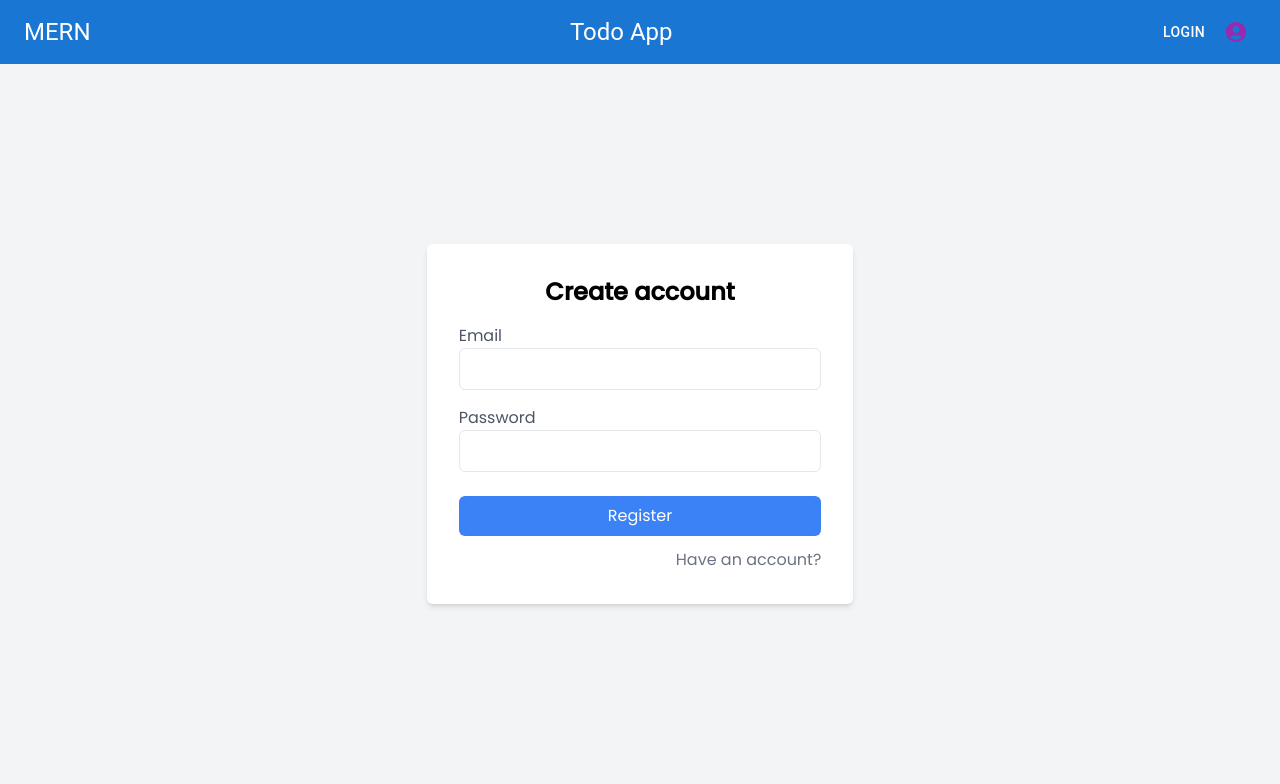
Repository: Nurlan-Bakenbaev/MERN--todo
Page: /register (app in client/)
These files come from the project's save history. The page is drawn as it stood at one moment and after the next save; the edit follows.
The browser window is 1280 px wide. The pictures show the whole page.
The project was rebuilt for these pictures with package versions that can differ from the ones it lists, and the page was loaded fresh each time. Also part of the build but not shown: client/vite.config.js, client/src/pages/Login.jsx.

Above is the page before, as saved 2023-10-15 16:47:00.

### client/index.html
<!DOCTYPE html>
<html lang="en">
  <head>
    <meta charset="UTF-8" />
    <link rel="preconnect" href="https://fonts.googleapis.com" />
    <link rel="preconnect" href="https://fonts.gstatic.com" crossorigin />
    <link
      href="https://fonts.googleapis.com/css2?family=Poppins:wght@400;500&display=swap"
      rel="stylesheet"
    />
    <link rel="icon" type="image/svg+xml" href="/vite.svg" />
    <meta name="viewport" content="width=device-width, initial-scale=1.0" />
    <title>Mern Todo</title>
  </head>
  <body>
    <div id="root"></div>
    <script type="module" src="/src/main.jsx"></script>
  </body>
</html>

### client/src/App.jsx
import Navbar from "./components/Navbar";
import Login from "./pages/Login";
import Register from "./pages/Register";
import { BrowserRouter, Routes, Route } from "react-router-dom";

function App() {
  return (
    <BrowserRouter>
      <Navbar />
      <Routes>
        <Route path="/register" element={<Register />} />
        <Route path="/login" element={<Login />} />
      </Routes>
    </BrowserRouter>
  );
}

export default App;

### client/src/components/Navbar.jsx
import AppBar from "@mui/material/AppBar";
import Box from "@mui/material/Box";
import Toolbar from "@mui/material/Toolbar";
import Typography from "@mui/material/Typography";
import Button from "@mui/material/Button";
import AccountCircle from "@mui/icons-material/AccountCircle";
import { IconButton } from "@mui/material";
export default function Navbar() {
  return (
    <Box sx={{ flexGrow: 1 }}>
      <AppBar position="static">
        <Toolbar sx={{display:"flex",justifyContent:"space-between"}}>
          <Typography variant="h5" component="div">
            MERN
          </Typography>
          <Typography variant="h5" component="div">
            Todo App
          </Typography>
        <Box  >
        <Button  color="inherit">Login</Button>
          <IconButton
            aria-label="account of current user"
            color="secondary">
            <AccountCircle fontSize="50px" />
          </IconButton>
        </Box>
        </Toolbar>
      </AppBar>
    </Box>
  );
}

### client/src/pages/Register.jsx
const Register = () => {
    return (
      <div className="min-h-screen flex items-center justify-center bg-gray-100">
        <div className="bg-white p-8 shadow-md rounded-md sm:w-1/2 lg:w-1/3">
          <h1 className="text-2xl font-semibold mb-4 text-center">Create account</h1>
          <form>
            <div className="mb-4">
              <label className="block text-gray-600">Email</label>
              <input
                type="email"
                className="w-full border rounded-md py-2 px-3"
              />
            </div>
            <div className="mb-6">
              <label className="block text-gray-600">Password</label>
              <input
                type="password"
                className="w-full border rounded-md py-2 px-3"
              />
            </div>
            <div className="flex flex-col gap-3">
              <button className="w-full bg-blue-500 hover:bg-blue-800 text-white rounded-md py-2">
                Register
              </button>
              <p className="text-right hover:text-blue-500 cursor-pointer text-gray-500">Have an account?</p>
            </div>
          </form>
        </div>
      </div>
    );
  };

  export default Register;

Loaded but not shown: client/src/main.jsx (common file); client/src/index.css (common file); client/tailwind.config.js (common file)

After the next save:
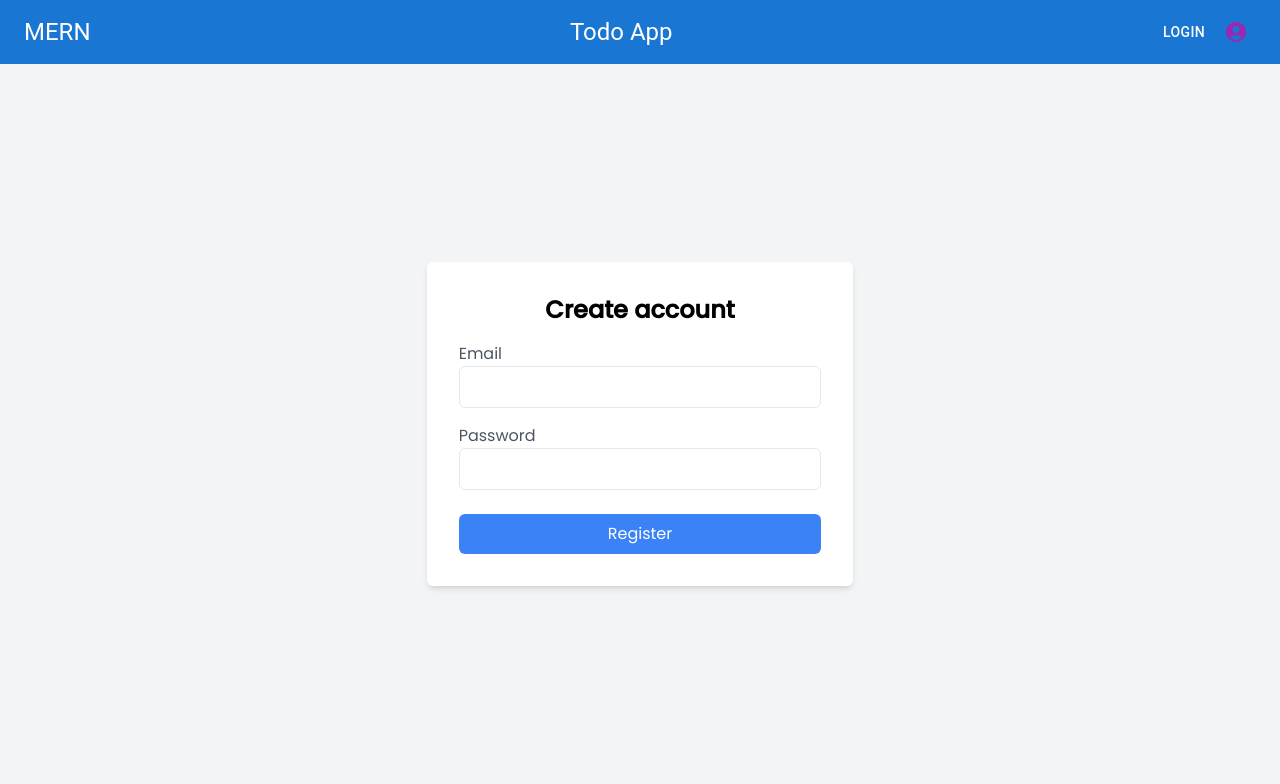
Saved 57 s later.
--- a/client/src/pages/Register.jsx
+++ b/client/src/pages/Register.jsx
@@ -22,7 +22,6 @@ const Register = () => {
               <button className="w-full bg-blue-500 hover:bg-blue-800 text-white rounded-md py-2">
                 Register
               </button>
-              <p className="text-right hover:text-blue-500 cursor-pointer text-gray-500">Have an account?</p>
             </div>
           </form>
         </div>
